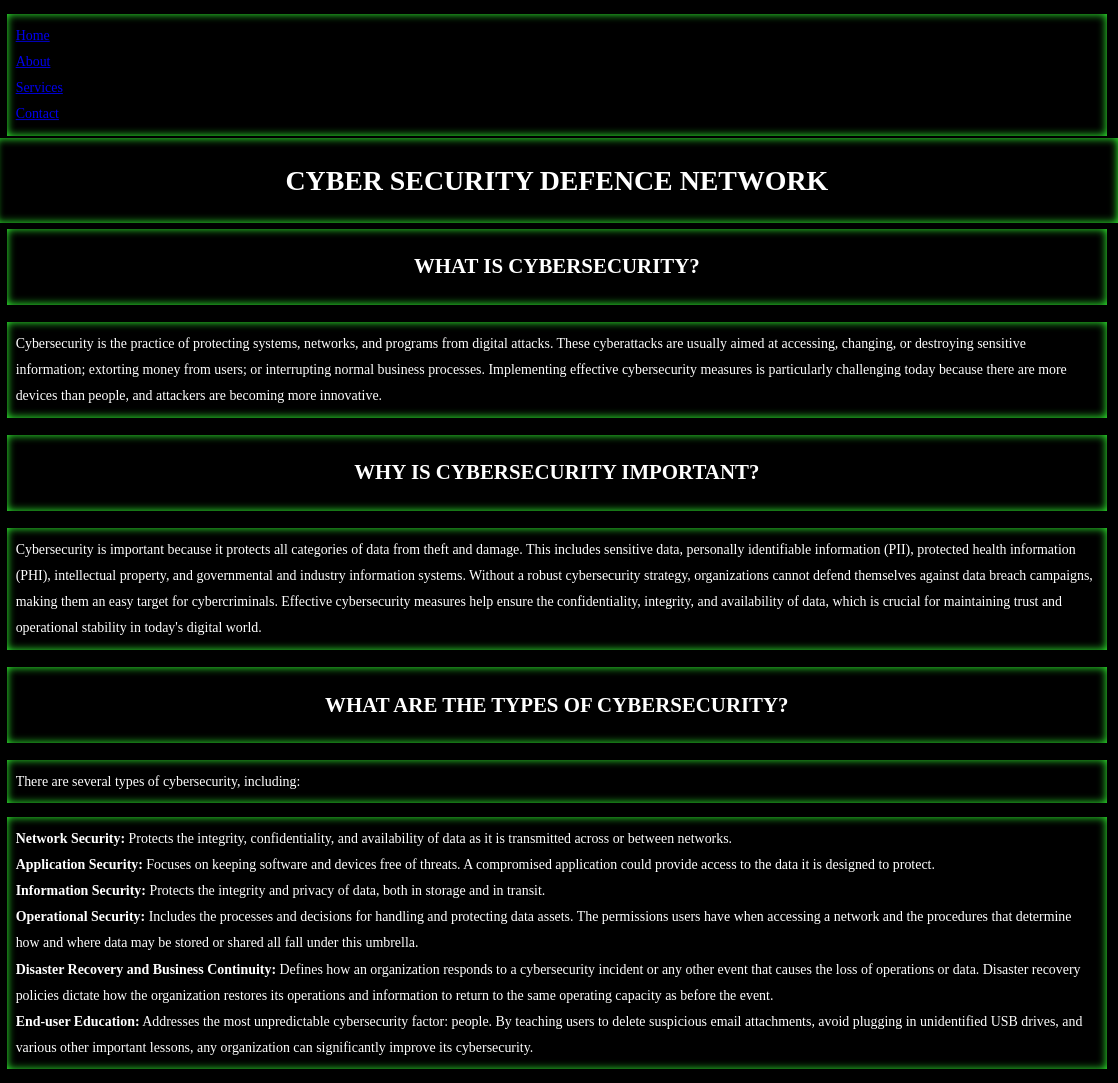
Repository: newworldhost/nwh
Page: index.html
The author's editor kept a copy of each file at every save. The page is drawn from the files as they stood at one save, then again after a run of saves.
The browser window is 1280 px wide. The page is 1285 px wide, so the pictures cover 1285 px, including what lies to the right of the window. The pictures show the whole page, at 87% of full size.

Above is the page before, as saved 2025-03-04 15:47:55.

After the next 3 saves:
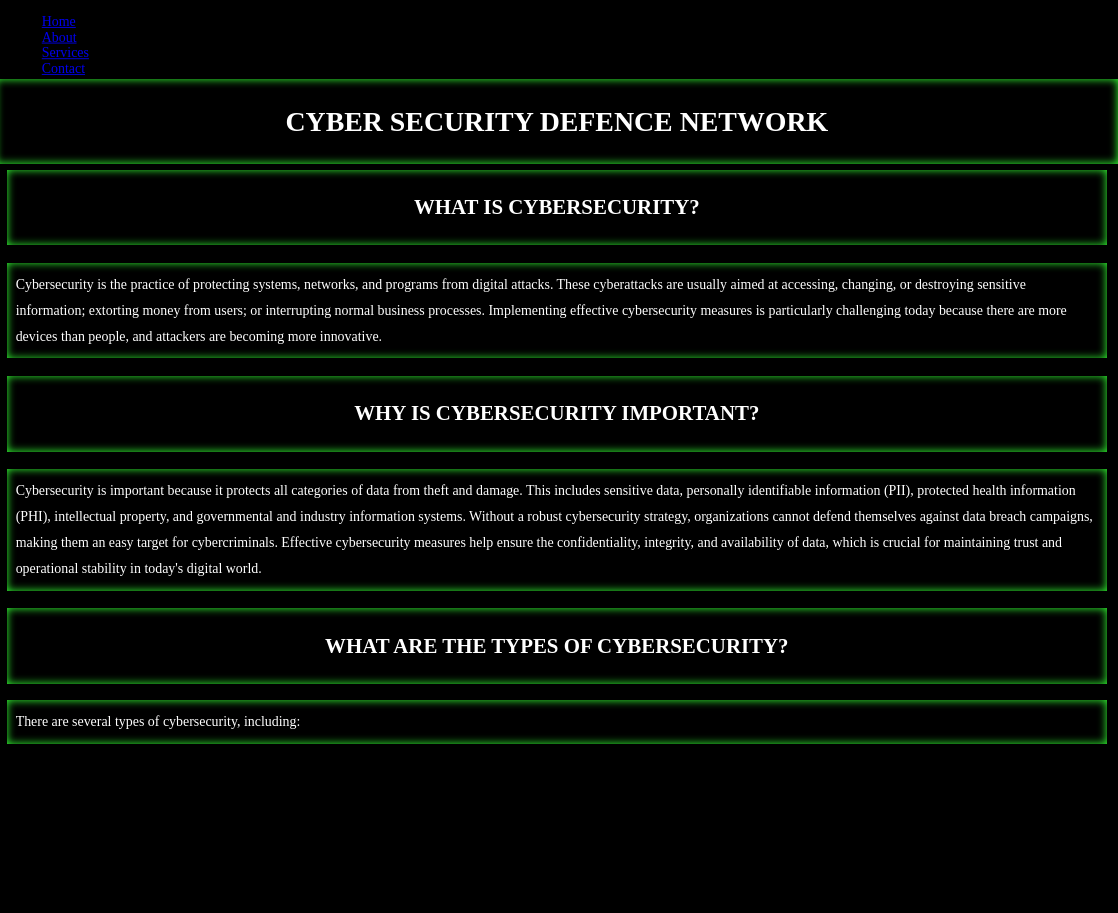
The 3 saves are shown as one change because they came seconds apart.
The last was saved 13 s later.
--- a/style.css
+++ b/style.css
@@ -15,7 +15,7 @@ h2 {
     text-transform: uppercase;
     box-shadow: inset 0 0 10px #33ff33;
 }
-p, ul {
+p {
     background-color:black;
     color:white;
     padding:10px;
